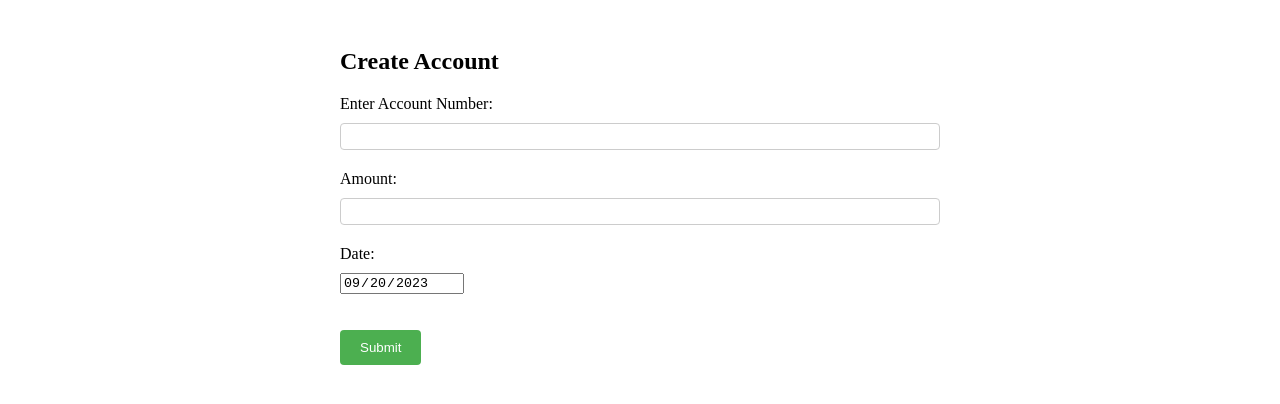
Repository: HT13M19/kuldeep
Page: GGGG/Demo2/src/main/webapp/CreateAccount.html
An editor plug-in stored every save of this project. The page is shown before and after the next save, followed by the edit.
The browser window is 1280 px wide. The pictures show the whole page.

Above is the page before, as saved 2023-09-22 16:25:01.

### GGGG/Demo2/src/main/webapp/CreateAccount.html
<!DOCTYPE html>
<html>
<head>
	<title>Create New Account</title>
	<style>
		label {
			display: block;
			margin-bottom: 10px;
		}

		input[type=text], input[type=number] {
			padding: 5px;
			margin-bottom: 20px;
			border: 1px solid #ccc;
			border-radius: 4px;
			box-sizing: border-box;
			width: 100%;
		}

		input[type=submit] {
			background-color: #4CAF50;
			color: white;
			padding: 10px 20px;
			border: none;
			border-radius: 4px;
			cursor: pointer;
		}

		input[type=submit]:hover {
			background-color: #45a049;
		}

		.container {
			margin: auto;
			max-width: 600px;
			padding: 20px;
		}
	</style>
</head>
<body>
	<div class="container">
		<h2>Create Account</h2>
		<form action="create" method="POST">

			<label for="account_number">Enter Account Number:</label>
			<input type="number" id="account_number" name="account_number" maxlength="20" required>

			<label for="amount">Amount:</label>
			<input type="number" id="amount" name="amount" required>

			<label for="date">Date:</label>
			<input type="date" id="date" name="date" required> <br><br><br>

			<input type="submit" value="Submit">
		</form>
	</div>
</body>
<script>
  var today = new Date().toISOString().slice(0, 10);
  document.getElementById("date").setAttribute("value", today);
  document.getElementById("date").setAttribute("readonly", true);
</script>
</html>

After the next save:
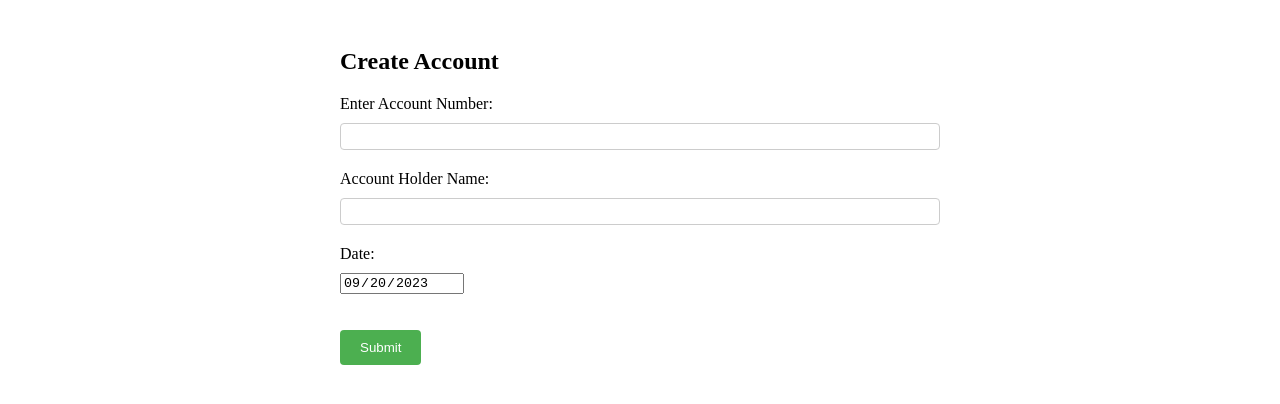
Saved 59 s later.
--- a/GGGG/Demo2/src/main/webapp/CreateAccount.html
+++ b/GGGG/Demo2/src/main/webapp/CreateAccount.html
@@ -45,7 +45,7 @@
 			<label for="account_number">Enter Account Number:</label>
 			<input type="number" id="account_number" name="account_number" maxlength="20" required>
 
-			<label for="amount">Amount:</label>
+			<label for="amount">Account Holder Name:</label>
 			<input type="number" id="amount" name="amount" required>
 
 			<label for="date">Date:</label>
